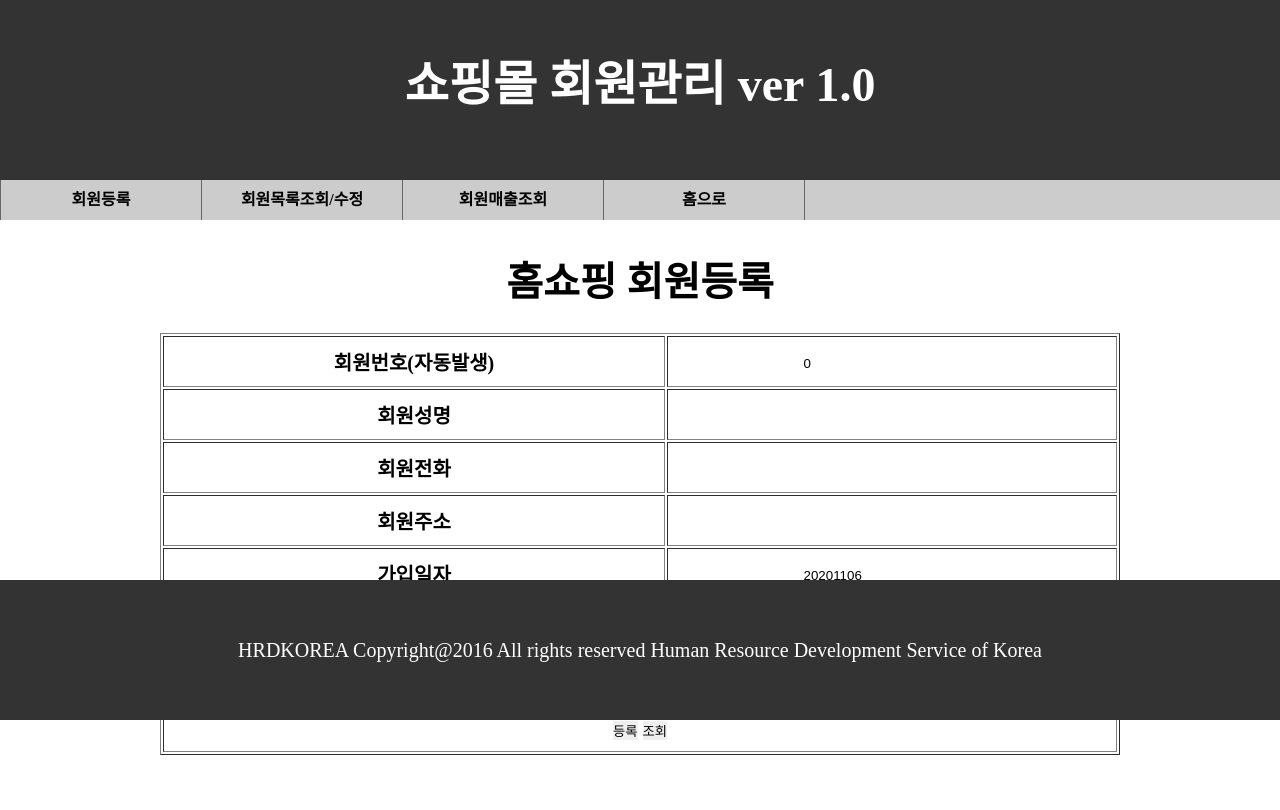
Repository: jsky1234/NCS
Page: http://localhost/HRD_1/memberIns.jsp
The author's editor kept a copy of each file at every save. The page is drawn from the files as they stood at one save, then again after the next save.
The browser window is 1280 px wide. The pictures show the whole page.
The page is served by Tomcat 9. Queries for data that is not in the repository find no rows.

Above is the page before, as saved 2020-11-10 05:09:41.
Console error: ReferenceError: form is not defined

### ncs1/HRD_1/WebContent/memberIns.jsp
<%@ page language="java" contentType="text/html; charset=UTF-8"
    pageEncoding="UTF-8"%>
<%@ page import="java.sql.PreparedStatement" %>
<%@ page import="java.sql.DriverManager" %>
<%@ page import="java.sql.Connection" %>
<%@ page import="java.sql.ResultSet" %>
<%@ page import="DBPKG.DBcon" %>
<%@ page import="java.util.*, java.text.*" %>
<%@ include file="admin_header.jsp" %>
<style>
.main_help { width: 960px; margin: 25px auto; font-size: 20px; }
.main_help ol { padding-top: 5px; }
.tb { display: table; border 1px solid #333; width: 960px; text-align: center;}
.tb tr { display: table-row; }
.tb td, .tb th { display: table-cell; padding: 10px; }
.tb th { width: 480px; }
.button { display: block; float: left; width: 120px; line-height: 36px;}
</style>
<%@ include file="admin_nav.jsp" %>
<%
request.setCharacterEncoding("utf-8");

Connection conn = null;
PreparedStatement pstmt = null;
ResultSet rs;

Date date = new Date();
SimpleDateFormat simple = new SimpleDateFormat("yyyyMMdd");
String sdate = simple.format(date);

	try {
		conn = DBcon.getConnection();
		String sql = "SELECT * FROM member_tbl_02 ORDER BY custno DESC";
		pstmt = conn.prepareStatement(sql);
		rs = pstmt.executeQuery();

		int i = 0, num = 0;
		while(rs.next()) {
			num = rs.getInt("custno");
			i++;
			num++;
			if(i > 0) break;
		}
%>
<main class="content">
	<section class="page" id="page1">
		<h2 class="page_tit">홈쇼핑 회원등록</h2>
		<div class="main_help">
			<form name="register1" id="register1" action="memberInsPro.jsp" method="get">
				<table class="tb" border="1">
					<tbody>
						<tr>
							<th><label for="custno">회원번호(자동발생)</label></th>
							<td><input type="text" name="custno" id="custno" value="<%=num%>" /></td>
						</tr>
						<tr>
							<th><label for="custname">회원성명</label></th>
							<td><input type="text" name="custname" id="custname" /></td>
						</tr>
						<tr>
							<th><label for="phone">회원전화</label></th>
							<td><input type="text" name="phone" id="phone" /></td>
						</tr>
						<tr>
							<th><label for="address">회원주소</label></th>
							<td><input type="text" name="address" id="address" /></td>
						</tr>
						<tr>
							<th><label for="joindate">가입일자</label></th>
							<td><input type="text" name="joindate" id="joindate" value="<%=sdate%>" /></td>
						</tr>
						<tr>
							<th><label for="grade">고객등급(A:VIP, B:일반, C:직원)</label></th>
							<td>
								<select name="grade" id="grade">
									<option value="">선택안함</option>
									<option value="A">A</option>
									<option value="B">B</option>
									<option value="C">C</option>
								</select>
							</td>
						</tr>
						<tr>
							<th><label for="city">도시코드</label></th>
							<td><input type="text" name="city" id="city" /></td>
						</tr>
						<td colspan="2">
							<button type="button" id="subit_btn">등록</button>
							<button type="button" id="search_btn">조회</button>
						</td>
					</tbody>
				</table>
			</form>
			<script>
			var submit_btn = document.getElementById("submit_btn");
			var search_btn = document.getElementById("search_btn");
			var custname = form.custname
			var phone = form.address
			var grade = form.grade
			var city = form.city

			</script>
		</div>
	</section>
</main>
<%
	} catch(Exception e) {
		System.out.println("ProductBean error : "+e);
	} finally {
		try {
			if(pstmt != null) pstmt.close();
			if(conn != null) conn.close();
		} catch(Exception e) {
			//핸들 에러 프린트
			System.out.println("DB Close error : "+e);
		}
	}
%>
<%@ include file="admin_footer.jsp" %>

### ncs1/HRD_1/WebContent/admin_header.jsp
<%@ page language="java" contentType="text/html; charset=UTF-8"
    pageEncoding="UTF-8"%>
<% request.setCharacterEncoding("utf-8"); %>
<!DOCTYPE html>
<html>
<head>
<meta charset="UTF-8">
<link rel="stylesheet" href="./css/main.css" />
<title>관리자 모드로 로그인 중</title>
</head>
<body>
<header class="hd">
	<h2 class="tit">쇼핑몰 회원관리 ver 1.0</h2>
</header>

### ncs1/HRD_1/WebContent/admin_nav.jsp
<%@ page language="java" contentType="text/html; charset=UTF-8"
    pageEncoding="UTF-8"%>
<nav class="gnb">
	<ul>
		<li><a href="memberIns.jsp">회원등록</a></li>
		<li><a href="">회원목록조회/수정</a></li>
		<li><a href="">회원매출조회</a></li>
		<li><a href="admin.jsp">홈으로</a></li>
	</ul>
</nav>

### ncs1/HRD_1/WebContent/admin_footer.jsp
<%@ page language="java" contentType="text/html; charset=UTF-8"
    pageEncoding="UTF-8"%>
<footer class="ft">
	<div class="ft_wrap">
		<div class="admin_copy">
			<p class="copyright">HRDKOREA Copyright@2016 All rights reserved Human Resource Development Service of Korea</p>
		</div>
	</div>
</footer>
</body>
</html>

### ncs1/HRD_1/src/DBPKG/DBcon.java
package DBPKG;

import java.sql.Connection;
import java.sql.DriverManager;
import java.sql.SQLException;

public class DBcon {
	public static Connection getConnection() throws Exception{
		Class.forName("oracle.jdbc.OracleDriver");
		Connection con = DriverManager.getConnection("jdbc:oracle:thin:@//localhost:1521/xe", "sky", "1234");
		return con;
	}
}

### ncs1/HRD_1/WebContent/css/main.css
@charset "UTF-8";

* { margin: 0; padding: 0; }
body, html { width: 100%; height: 100%; }
ul { list-style : none; }
a { text-decoration: none; }
button, label, input { outline: 0; border: 0; user-select: none; }
img { border: 0; }
ol { padding: 30px; }

.hd { clear: both; min-height: 180px; background-color: #333; }
.tit { font-size: 48px; text-align: center; line-height: 140px; color: #fff; padding-top: 15px;}
.gnb { clear: both; height: 40px; background-color: #cccccc; }
.gnb li { float: left; min-width: 120px; width: auto; }
.gnb a { display:block; text-align: center; line-height: 40px; width: 200px; height: 40px; color: #000000; font-weight: 700; border-left: 1px solid #666666; }
.gnb li:last-child { border-right: 1px solid #666666; }

.page { clear: both; padding: 30px 0 30px 0; }
.page_tit { text-align: center; font-size: 40px; }
.item_tit1 { font-size: 24px; margin-top: 30px; }
.item_tit2 { font-size: 18px; margin-top: 40px;}

.ft { clear: both; position: absolute;  width: 100%; bottom: 0; min-height:80px; height: 140px; background-color: #333; }
.copyright { color: #fff; font-size: 20px; text-align: center; margin-top: 20px; line-height: 100px;}

After the next save:
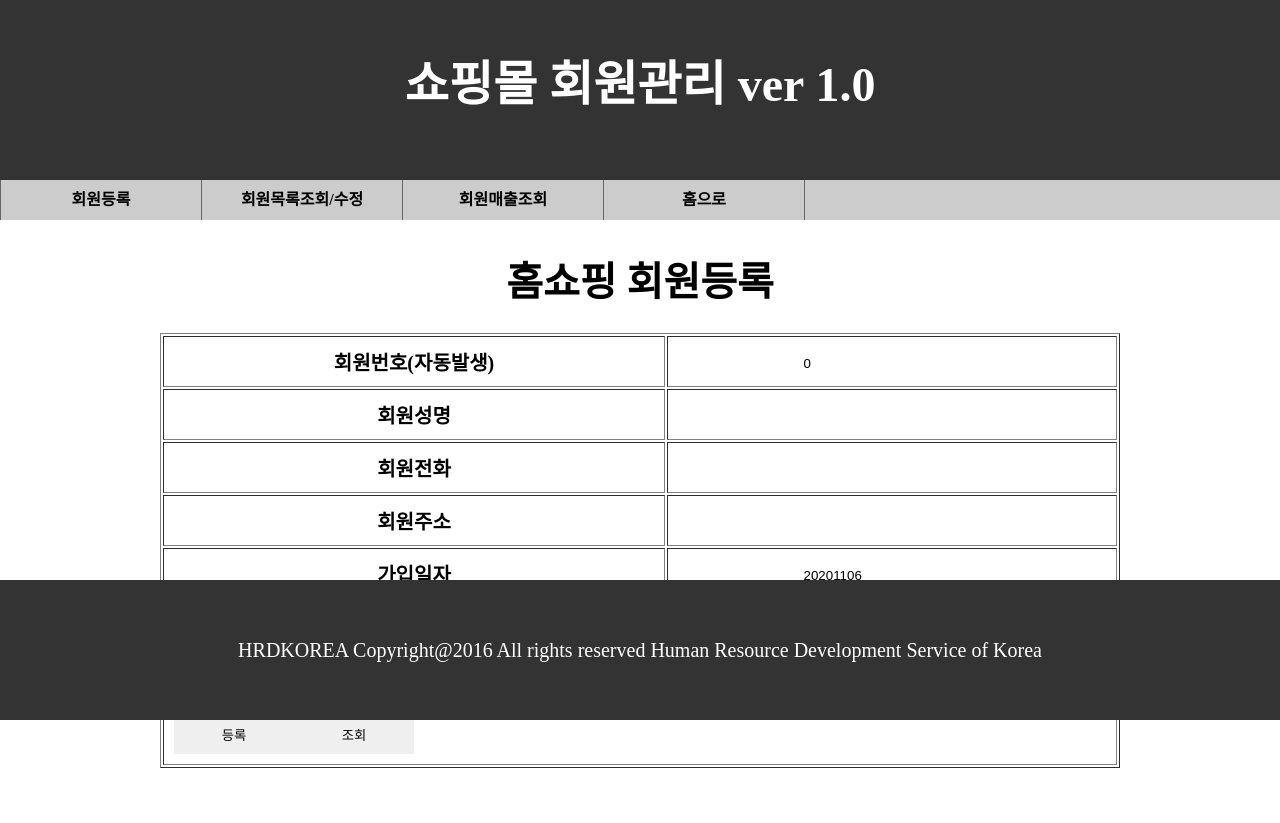
Saved 32 s later.
--- a/ncs1/HRD_1/WebContent/memberIns.jsp
+++ b/ncs1/HRD_1/WebContent/memberIns.jsp
@@ -85,8 +85,8 @@ String sdate = simple.format(date);
 							<td><input type="text" name="city" id="city" /></td>
 						</tr>
 						<td colspan="2">
-							<button type="button" id="subit_btn">등록</button>
-							<button type="button" id="search_btn">조회</button>
+							<button class="button" type="button" id="subit_btn">등록</button>
+							<button class="button" type="button" id="search_btn">조회</button>
 						</td>
 					</tbody>
 				</table>
